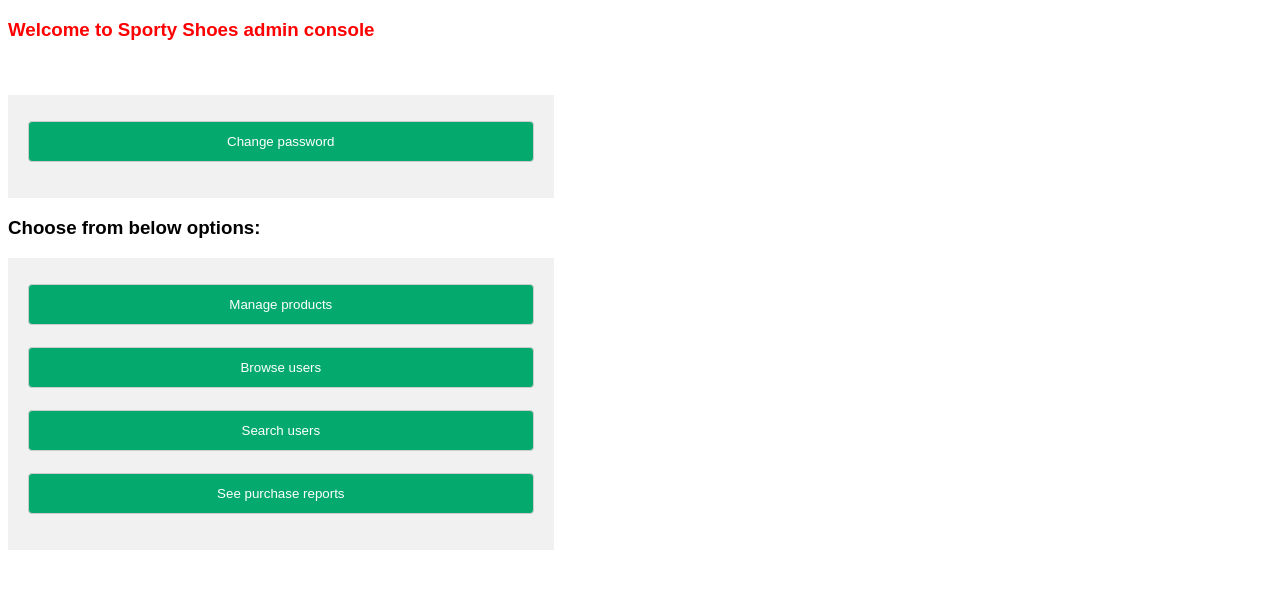
Repository: hope745/SportyShoes
Page: SportyShoes/src/main/resources/static/adminlanding.html
An editor plug-in stored every save of this project. The page is shown before and after the next save, followed by the edit.
The browser window is 1280 px wide. The pictures show the whole page.

Above is the page before, as saved 2021-11-17 09:16:43.

After the next save:
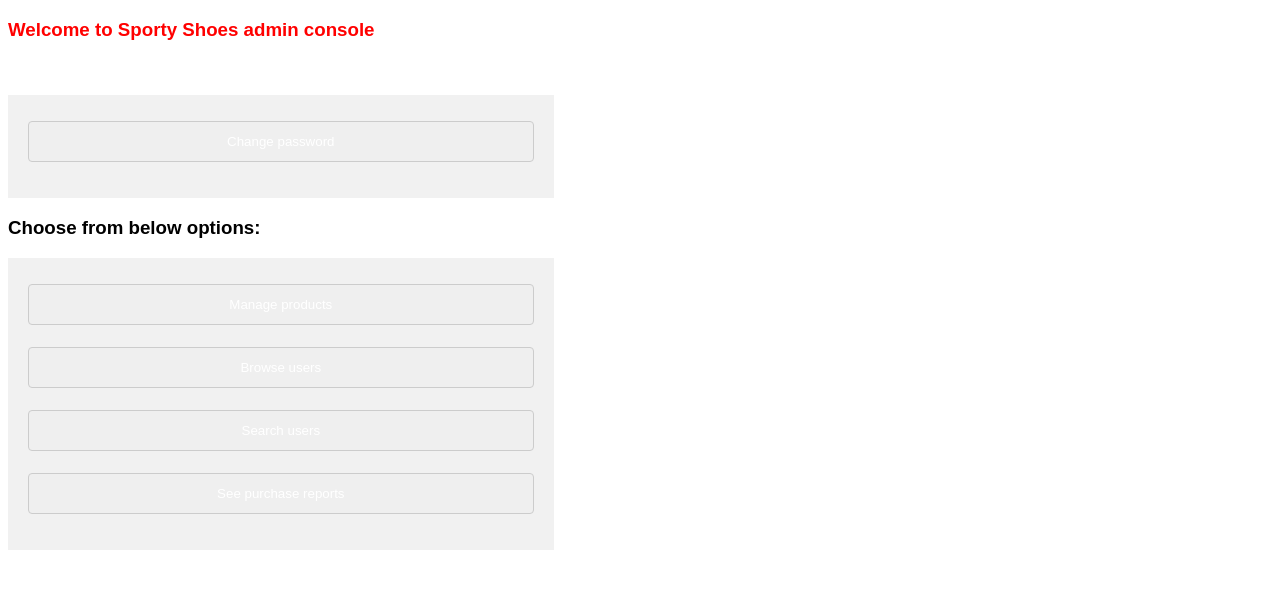
Saved 62 min 1 s later.
--- a/SportyShoes/src/main/resources/static/adminlanding.html
+++ b/SportyShoes/src/main/resources/static/adminlanding.html
@@ -19,13 +19,13 @@
 }
 /* Style the submit button */
 input[type=button] {
-	background-color: #04AA6D;
+	background-color: ##0428aa;
 	color: white;
 	width: 100%;
 }
 
 input[type=submit] {
-	background-color: #04AA6D;
+	background-color: ##0428aa;
 	color: white;
 	width: 100%;
 }
@@ -38,7 +38,7 @@
 /* The message box is shown when the user clicks on the password field */
 #message {
 	display: none;
-	background: #04AA6D;
+	background: ##0428aa;
 	color: #000;
 	position: relative;
 	padding: 20px;

After the save that followed:
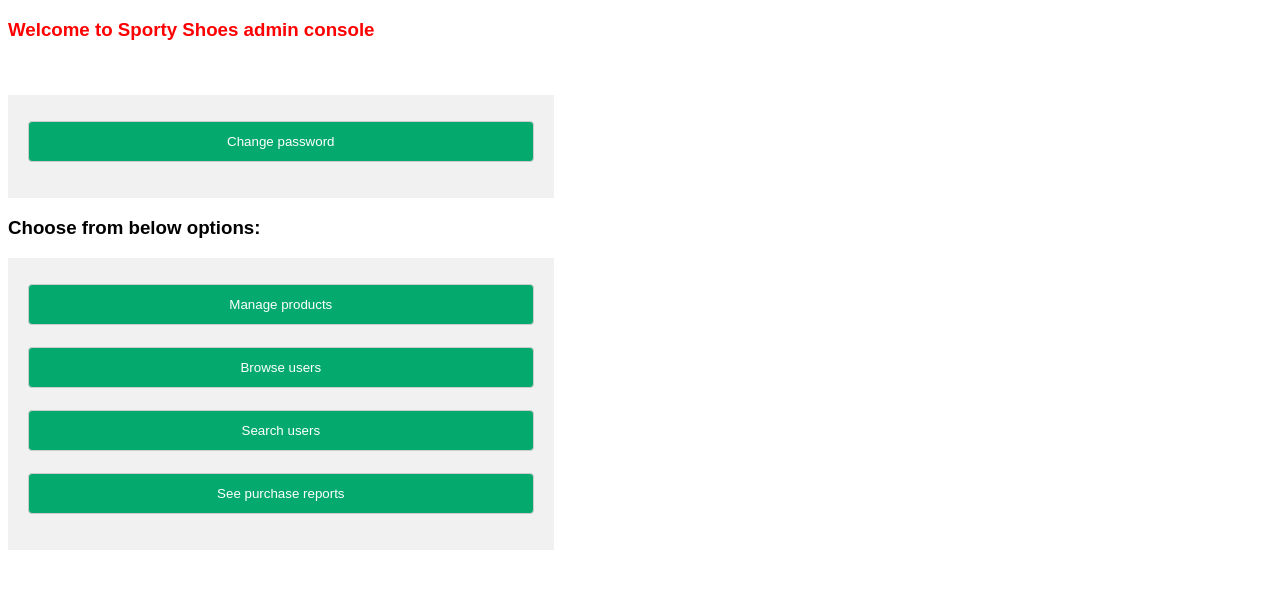
Saved 93 s later.
--- a/SportyShoes/src/main/resources/static/adminlanding.html
+++ b/SportyShoes/src/main/resources/static/adminlanding.html
@@ -19,13 +19,13 @@
 }
 /* Style the submit button */
 input[type=button] {
-	background-color: ##0428aa;
+	background-color: #04AA6D;
 	color: white;
 	width: 100%;
 }
 
 input[type=submit] {
-	background-color: ##0428aa;
+	background-color: #04AA6D;
 	color: white;
 	width: 100%;
 }
@@ -38,7 +38,7 @@
 /* The message box is shown when the user clicks on the password field */
 #message {
 	display: none;
-	background: ##0428aa;
+	background: #04AA6D;
 	color: #000;
 	position: relative;
 	padding: 20px;
